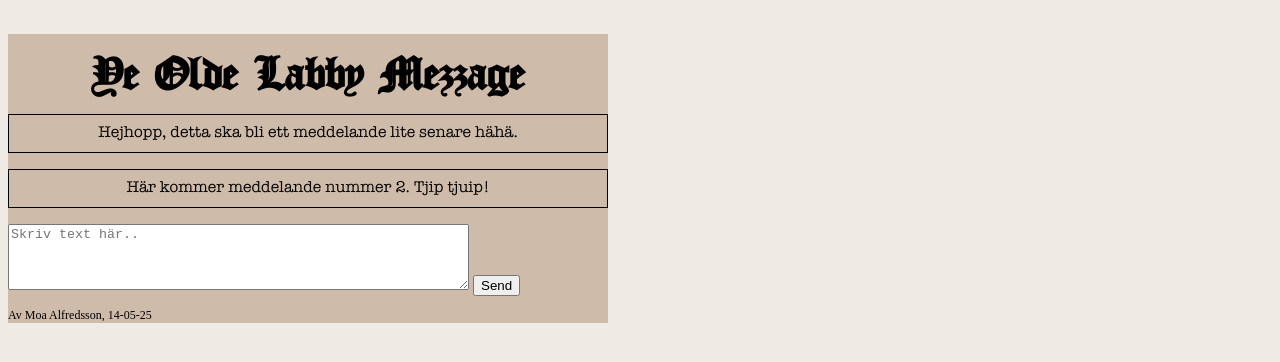
Repository: ma223md/1dv403-laborationer
Page: 2-labbymezzage/index.html
The author's editor kept a record of every edit. The page is drawn from the files as they stood at one moment, then again after the next edit.
The browser window is 1280 px wide. The pictures show the whole page.

Above is the page before.
Console error: ReferenceError: init is not defined

### 2-labbymezzage/index.html
<!DOCTYPE html>
<html>
    <head>
        <meta charset="UTF-8" />
        <link rel="stylesheet" href="labbymezzagestyle.css" />
        <script src="js/message_run.js"></script>
        <script src="js/message.js"></script>
        <title>Labby Mezzage</title>
    </head>
    <body onload="init()">
        <div id="container">
            <header>
                <h1>Ye Olde Labby Mezzage</h1>
            </header>

            <main>
                <div id="messageboard">
                <p>Hejhopp, detta ska bli ett meddelande lite senare hähä.</p>
                <p>Här kommer meddelande nummer 2. Tjip tjuip!</p>
                </div>
                <div id="textarea"></div>
                <div id="">
                <textarea rows="4" cols="55" placeholder="Skriv text här.. "></textarea>
                <input type="button" value="Send" type="submit"/>
                </div>
            </main>

            <footer>
                <p>Av Moa Alfredsson, 14-05-25</p>
            </footer>
        </div>
    </body>
</html>

### 2-labbymezzage/labbymezzagestyle.css
@font-face {
    font-family: headline;
    src: url(../2-labbymezzage/fonts/OldLondon.ttf);
}

@font-face {
    font-family: article;
    src: url(fonts/linowrite.ttf);
}

body
{
    background-color: #efebe4;
}

header h1 {
    text-align: center;
    padding-top: 15px;
}

#container {
    width: 600px;
    background-color: #cfbbaa;
}

main p {
    font-family: article;
    text-align: center;
    padding-top: 10px;
    padding-bottom: 10px;
    border-style: solid;
    border-width: 1px;
}

h1 {
    font-family: headline;
    font-size: 50px;
}

footer {
    font-size: 12px;
}

### 2-labbymezzage/js/message.js
function Messsage(message, date) {

    this.getText = function(){
        return message;
    }

    this.setText = function(_text) {
        message = text;
    }

    this.getDate = function(){
        return date;
    }

    this.setDate = function(_date) {
       date = _date
    }

    Message.prototype.toString = function() {
        return this.getText() + " (" + this.getDate() + ")"
    }

    Message.prototype.getHTMLText = function() {
        return this.getText();
    }

    Message.prototype.getDateText = function() {
        return this.getDate().toLocalTimeString();
    }
}

Loaded but not shown: 2-labbymezzage/js/message_run.js (no copy from this time; the picture is the same without it)

After the next edit:
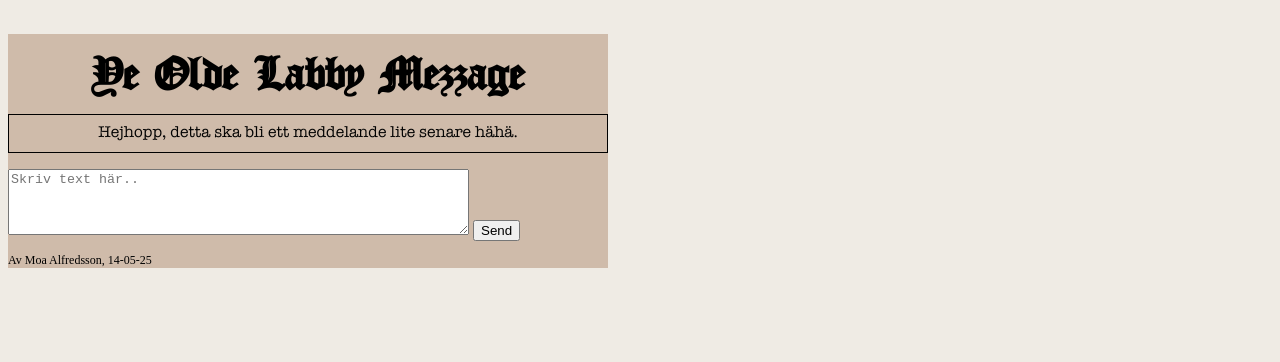
The edit:
--- a/2-labbymezzage/index.html
+++ b/2-labbymezzage/index.html
@@ -16,7 +16,6 @@
             <main>
                 <div id="messageboard">
                 <p>Hejhopp, detta ska bli ett meddelande lite senare hähä.</p>
-                <p>Här kommer meddelande nummer 2. Tjip tjuip!</p>
                 </div>
                 <div id="textarea"></div>
                 <div id="">
